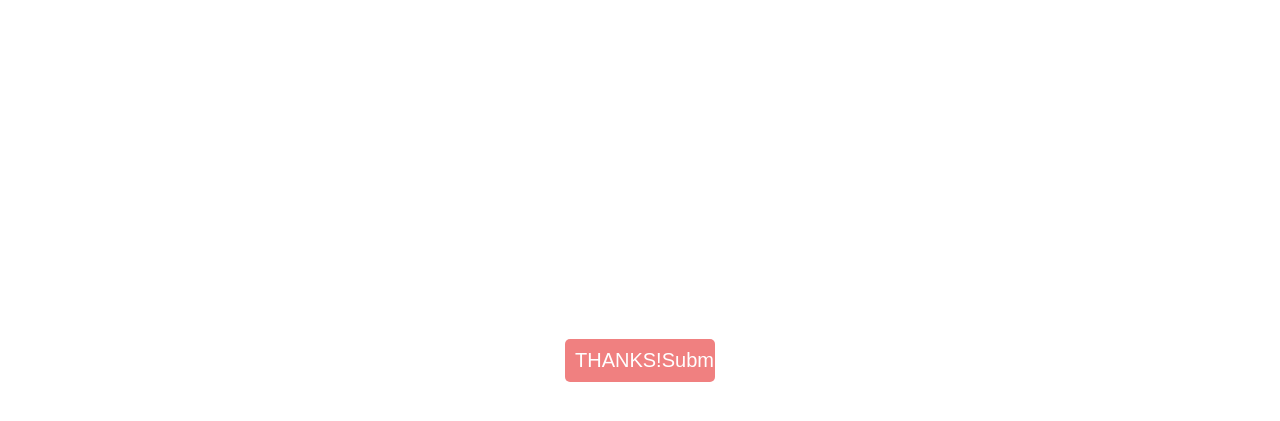
Repository: safak/animation
Page: index.html
An editor plug-in stored every save of this project. The page is shown before and after the next save, followed by the edit.
The browser window is 1280 px wide. The pictures show the whole page.

Above is the page before, as saved 2020-12-17 01:36:23.

After the next save:
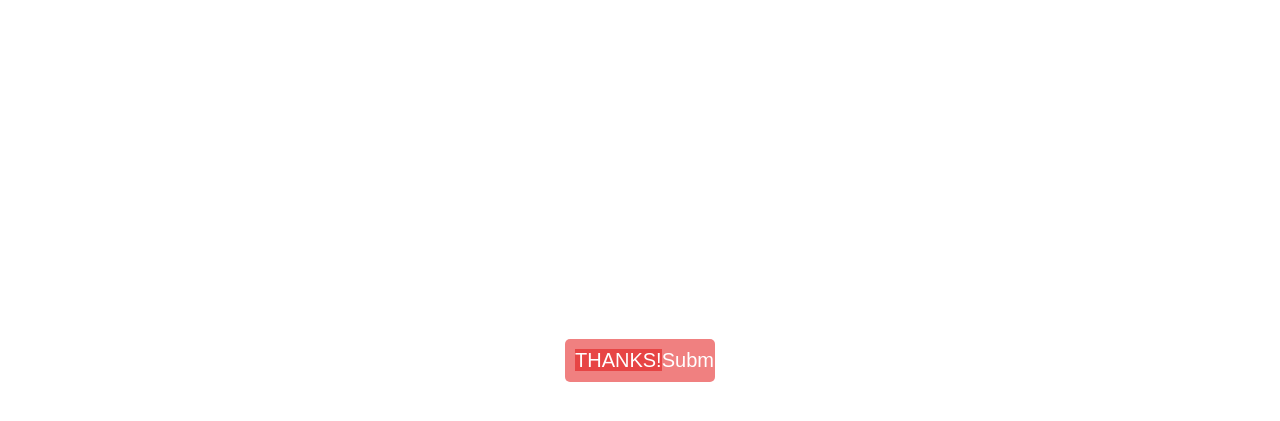
Saved 23 s later.
--- a/style.css
+++ b/style.css
@@ -26,4 +26,5 @@
 
 .button-1::before{
   content: "THANKS!";
+  background-color: rgb(231, 69, 69);
 }
